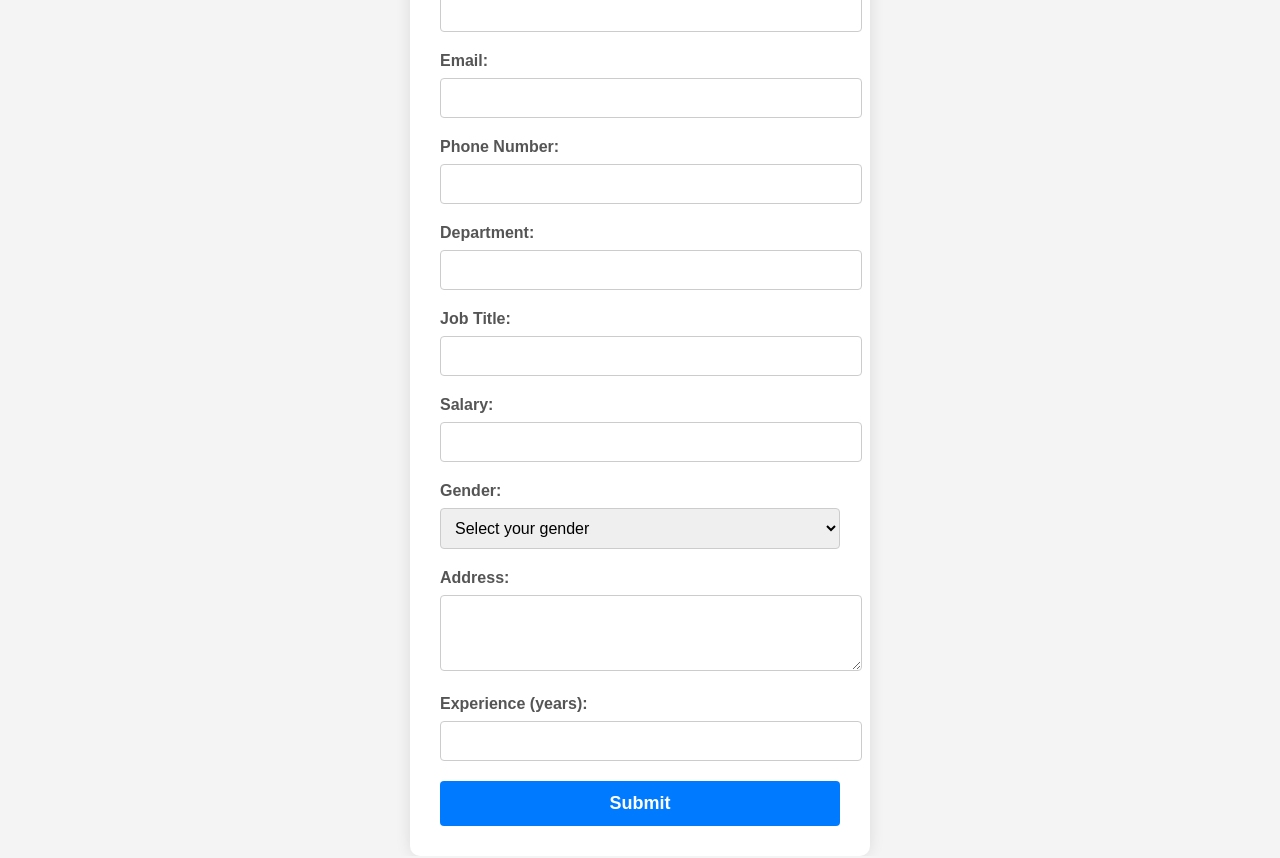
Repository: salman-68/spring-mvc
Page: http://localhost/form
An editor plug-in stored every save of this project. The page is shown before and after the next save, followed by the edit.
The browser window is 1280 px wide. The pictures show the whole page.
The page is this project's Thymeleaf template; nobody is signed in. The template is opened directly, without the code that normally fills it, so the values that code supplies are empty.

Above is the page before, as saved 2024-12-19 21:29:21.

### Project1.0/src/main/resources/templates/form.html
<!DOCTYPE html>
<html lang="en" xmlns:th="https://www.thymeleaf.org">
<head>
    <meta charset="UTF-8">
    <meta name="viewport" content="width=device-width, initial-scale=1.0">
    <title>Employee Form</title>
    <style>
        body {
            font-family: 'Arial', sans-serif;
            background-color: #f4f4f4;
            margin: 0;
            padding: 0;
            display: flex;
            justify-content: center;
            align-items: center;
            height: 100vh;
        }
        .form-container {
            background-color: #fff;
            padding: 30px;
            border-radius: 10px;
            box-shadow: 0 0 15px rgba(0, 0, 0, 0.1);
            width: 400px;
        }
        .form-container h2 {
            text-align: center;
            margin-bottom: 25px;
            color: #333;
        }
        .form-group {
            margin-bottom: 20px;
        }
        .form-group label {
            display: block;
            margin-bottom: 8px;
            color: #555;
            font-weight: bold;
        }
        .form-group input, .form-group select, .form-group textarea {
            width: 100%;
            padding: 10px;
            border: 1px solid #ccc;
            border-radius: 4px;
            font-size: 16px;
        }
        .form-group input:focus, .form-group select:focus, .form-group textarea:focus {
            border-color: #007BFF;
            outline: none;
        }
        .btn {
            display: block;
            width: 100%;
            padding: 12px;
            border: none;
            background-color: #007BFF;
            color: white;
            border-radius: 4px;
            cursor: pointer;
            font-size: 18px;
            font-weight: bold;
        }
        .btn:hover {
            background-color: #0056b3;
        }
    </style>
</head>
<body>
    <div class="form-container">
        <h2>Employee Form</h2>
        <form action="/submit" method="post">
            <div class="form-group">
                <label>Name:</label>
                <input type="text" name="name" required>
            </div>
            <div class="form-group">
                <label>Email:</label>
                <input type="email" name="email" required>
            </div>
            <div class="form-group">
                <label>Phone Number:</label>
                <input type="tel" name="phone" required>
            </div>
            <div class="form-group">
                <label>Department:</label>
                <input type="text" name="department" required>
            </div>
            <div class="form-group">
                <label>Job Title:</label>
                <input type="text" name="jobTitle" required>
            </div>
            <div class="form-group">
                <label>Salary:</label>
                <input type="number" name="salary" required>
            </div>
            <div class="form-group">
                <label>Gender:</label>
                <select name="gender" required>
                    <option value="" disabled selected>Select your gender</option>
                    <option value="male">Male</option>
                    <option value="female">Female</option>
                    <option value="other">Other</option>
                </select>
            </div>
            <div class="form-group">
                <label>Address:</label>
                <textarea name="address" rows="3" required></textarea>
            </div>
            <div class="form-group">
                <label>Experience (years):</label>
                <input type="number" name="experience" required>
            </div>

            <button type="submit" class="btn">Submit</button>
        </form>
    </div>
</body>
</html>

After the next save:
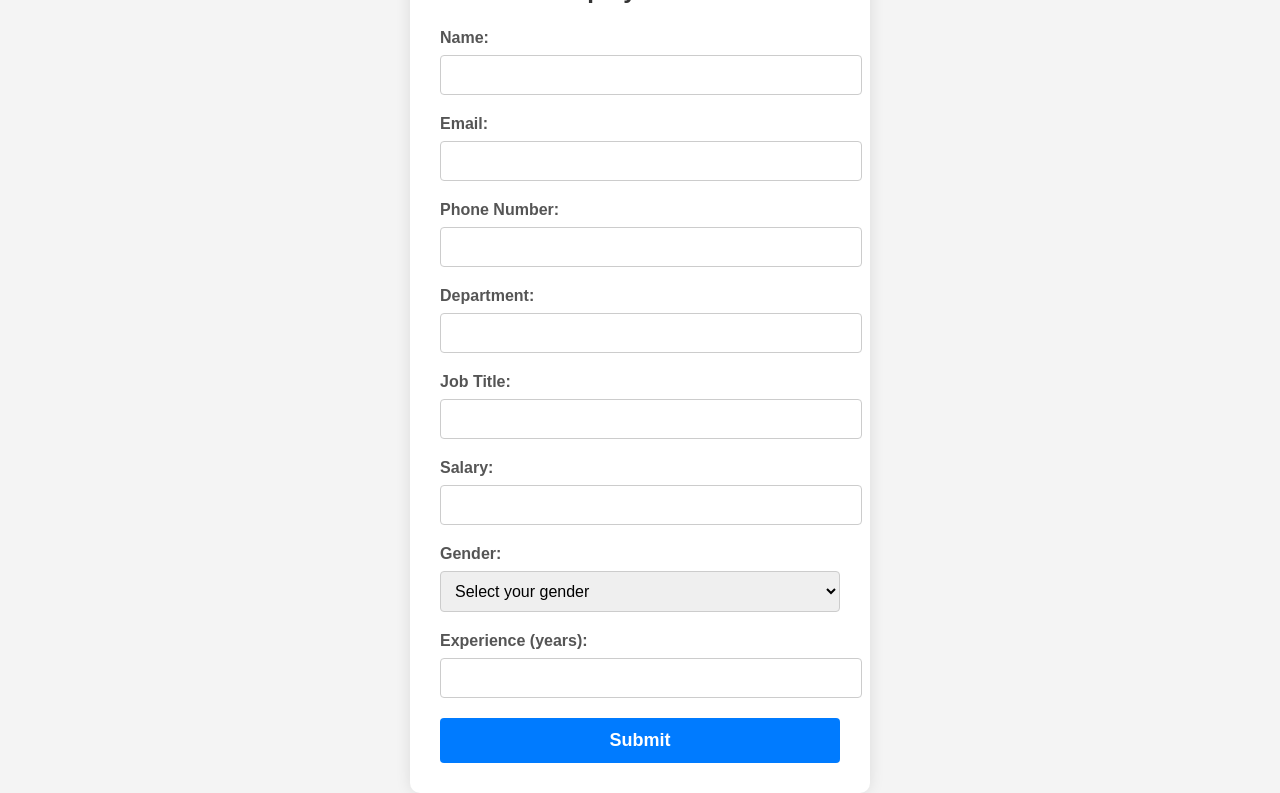
Saved 22 s later.
--- a/Project1.0/src/main/resources/templates/form.html
+++ b/Project1.0/src/main/resources/templates/form.html
@@ -101,10 +101,7 @@
                     <option value="other">Other</option>
                 </select>
             </div>
-            <div class="form-group">
-                <label>Address:</label>
-                <textarea name="address" rows="3" required></textarea>
-            </div>
+
             <div class="form-group">
                 <label>Experience (years):</label>
                 <input type="number" name="experience" required>
